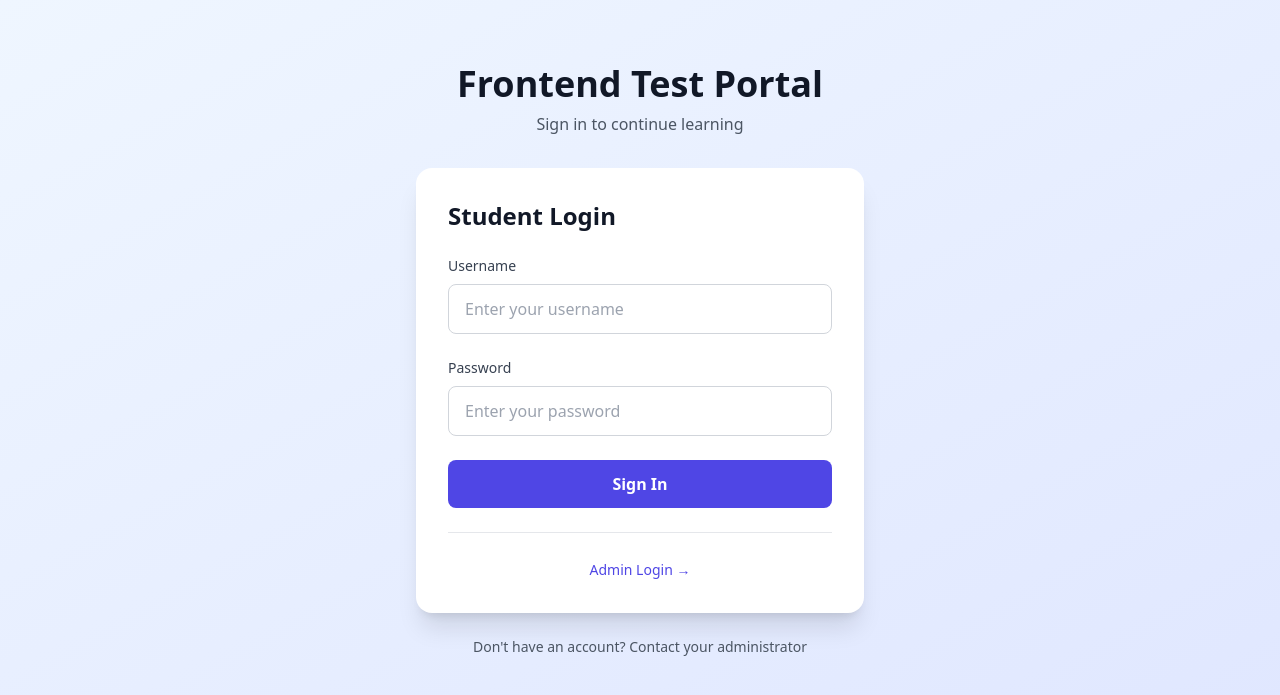
Repository: Gokul-bit165/Frontend-Test-Portal
Page: / (app in frontend-test-portal/frontend/)
These files come from the project's save history. The page is drawn as it stood at one moment and after the next save; the edit follows.
The browser window is 1280 px wide. The pictures show the whole page.
The project was rebuilt for these pictures with package versions that can differ from the ones it lists, and the page was loaded fresh each time. Also part of the build but not shown: frontend-test-portal/frontend/vite.config.js, frontend-test-portal/frontend/src/services/api.js, frontend-test-portal/frontend/src/pages/CoursesHome.jsx, frontend-test-portal/frontend/src/pages/CourseDetail.jsx, frontend-test-portal/frontend/src/pages/LevelPage.jsx, frontend-test-portal/frontend/src/components/CodeEditor.jsx, frontend-test-portal/frontend/src/components/PreviewFrame.jsx, frontend-test-portal/frontend/src/components/ResultsPanel.jsx and 15 more.

Above is the page before, as saved 2025-11-11 13:31:17.

After the next save:
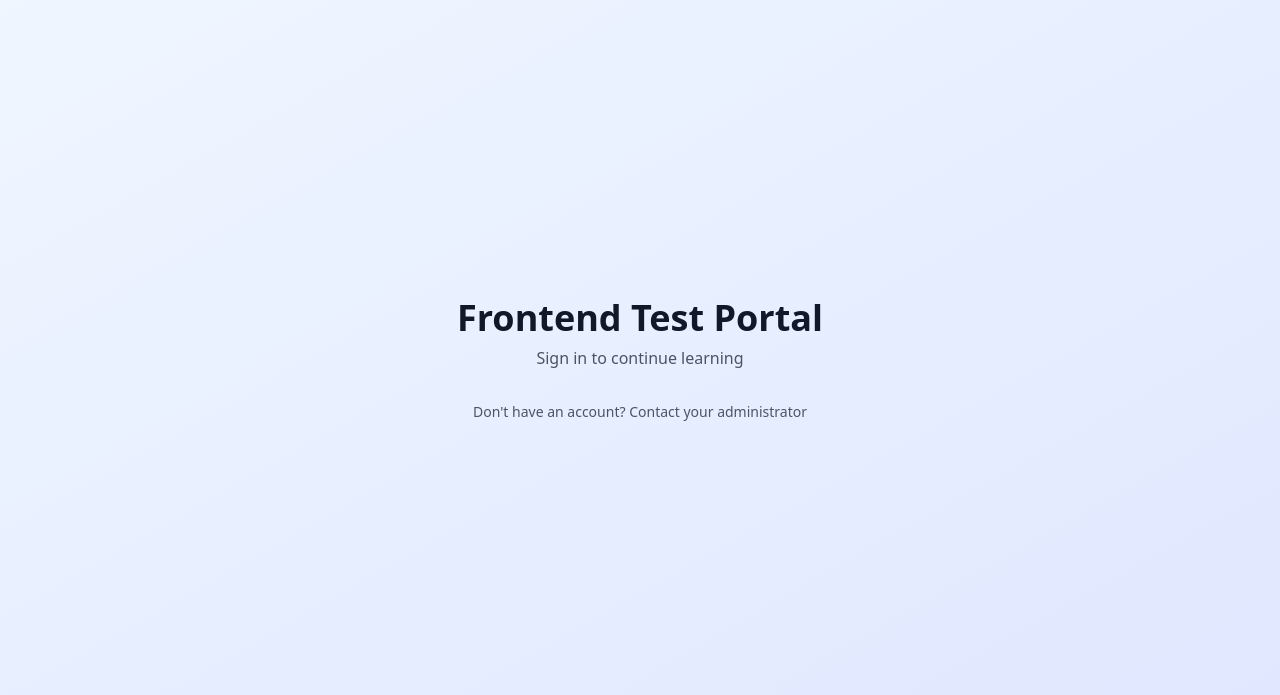
Saved 8 s later.
--- a/frontend-test-portal/frontend/src/pages/Login.jsx
+++ b/frontend-test-portal/frontend/src/pages/Login.jsx
@@ -150,7 +150,7 @@
           </p>
         </div>
 
-        <div className="bg-white rounded-2xl shadow-xl p-8">
+        {/* <div className="bg-white rounded-2xl shadow-xl p-8">
           <h2 className="text-2xl font-bold text-gray-900 mb-6">
             {isAdmin ? "Admin Login" : "Student Login"}
           </h2>
@@ -241,7 +241,7 @@
               {isAdmin ? "← Back to Student Login" : "Admin Login →"}
             </button>
           </div>
-        </div>
+        </div> */}
 
         {/* Help Text (Student Only) */}
         {!isAdmin && (

After the save that followed:
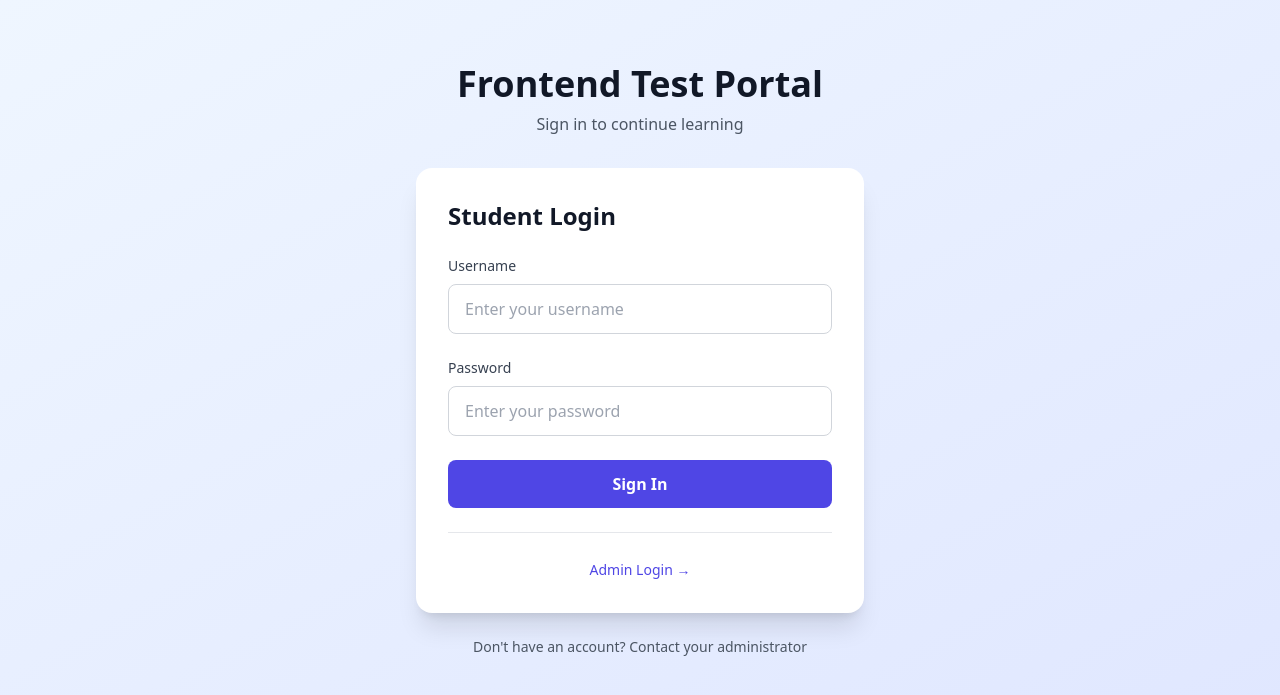
Saved 21 s later.
--- a/frontend-test-portal/frontend/src/pages/Login.jsx
+++ b/frontend-test-portal/frontend/src/pages/Login.jsx
@@ -150,7 +150,7 @@
           </p>
         </div>
 
-        {/* <div className="bg-white rounded-2xl shadow-xl p-8">
+        <div className="bg-white rounded-2xl shadow-xl p-8">
           <h2 className="text-2xl font-bold text-gray-900 mb-6">
             {isAdmin ? "Admin Login" : "Student Login"}
           </h2>
@@ -241,7 +241,7 @@
               {isAdmin ? "← Back to Student Login" : "Admin Login →"}
             </button>
           </div>
-        </div> */}
+        </div>
 
         {/* Help Text (Student Only) */}
         {!isAdmin && (
